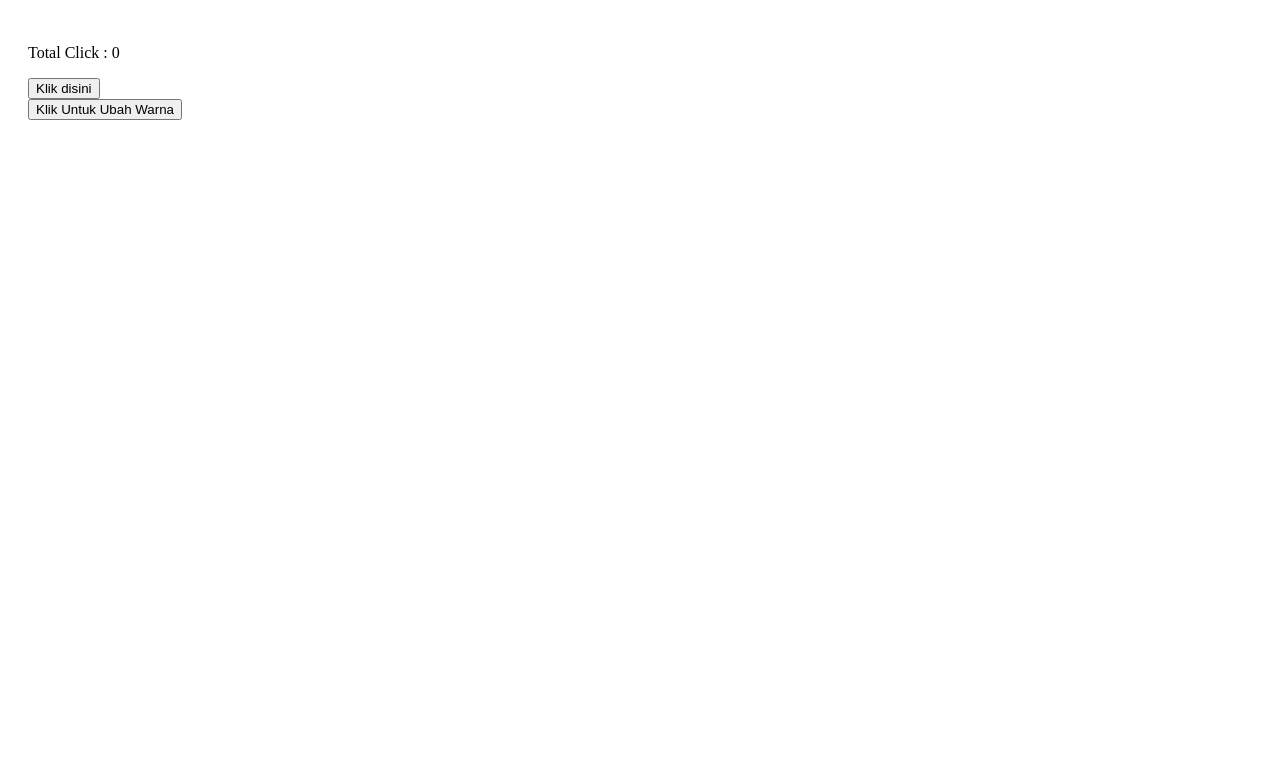
Repository: sellayspy/tugasCoachingProcom
Page: /
These files come from the project's save history. The page is drawn as it stood at one moment and after the next save; the edit follows.
The browser window is 1280 px wide. The pictures show the whole page.
The project was rebuilt for these pictures with package versions that can differ from the ones it lists, and the page was loaded fresh each time. Also part of the build but not shown: vite.config.js, src/index.css, src/App.css.

Above is the page before, as saved 2024-11-23 15:34:02.

After the next save:
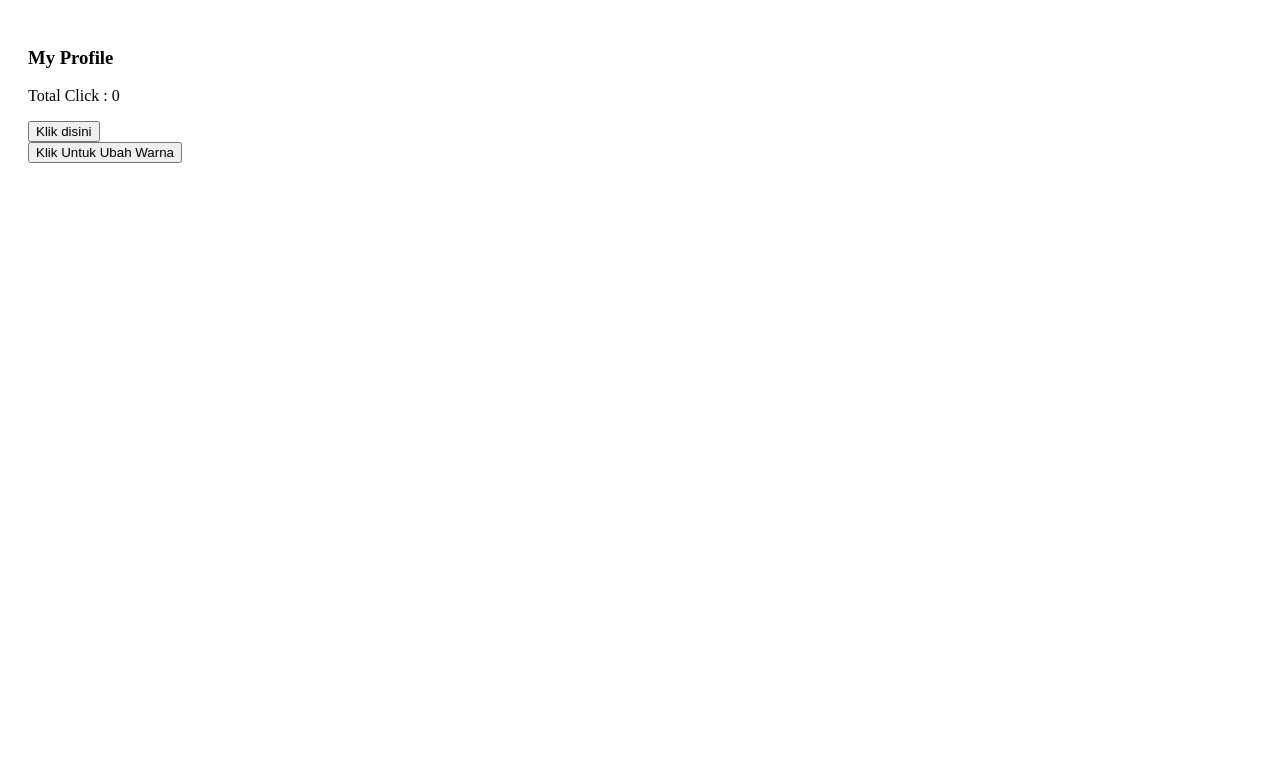
Saved 27 s later.
--- a/src/App.jsx
+++ b/src/App.jsx
@@ -1,6 +1,7 @@
 import { useState } from "react";
 import "./App.css";
 import Counter from "./components/Counter";
+import Header from "./components/Header";
 
 function App() {
   const [color, setColor] = useState("#ffffff");
@@ -17,6 +18,7 @@ function App() {
           padding: "20px",
         }}
       >
+        <Header title="My Profile" />
         <Counter />
 
         <button onClick={randomBackground}>Klik Untuk Ubah Warna</button>
